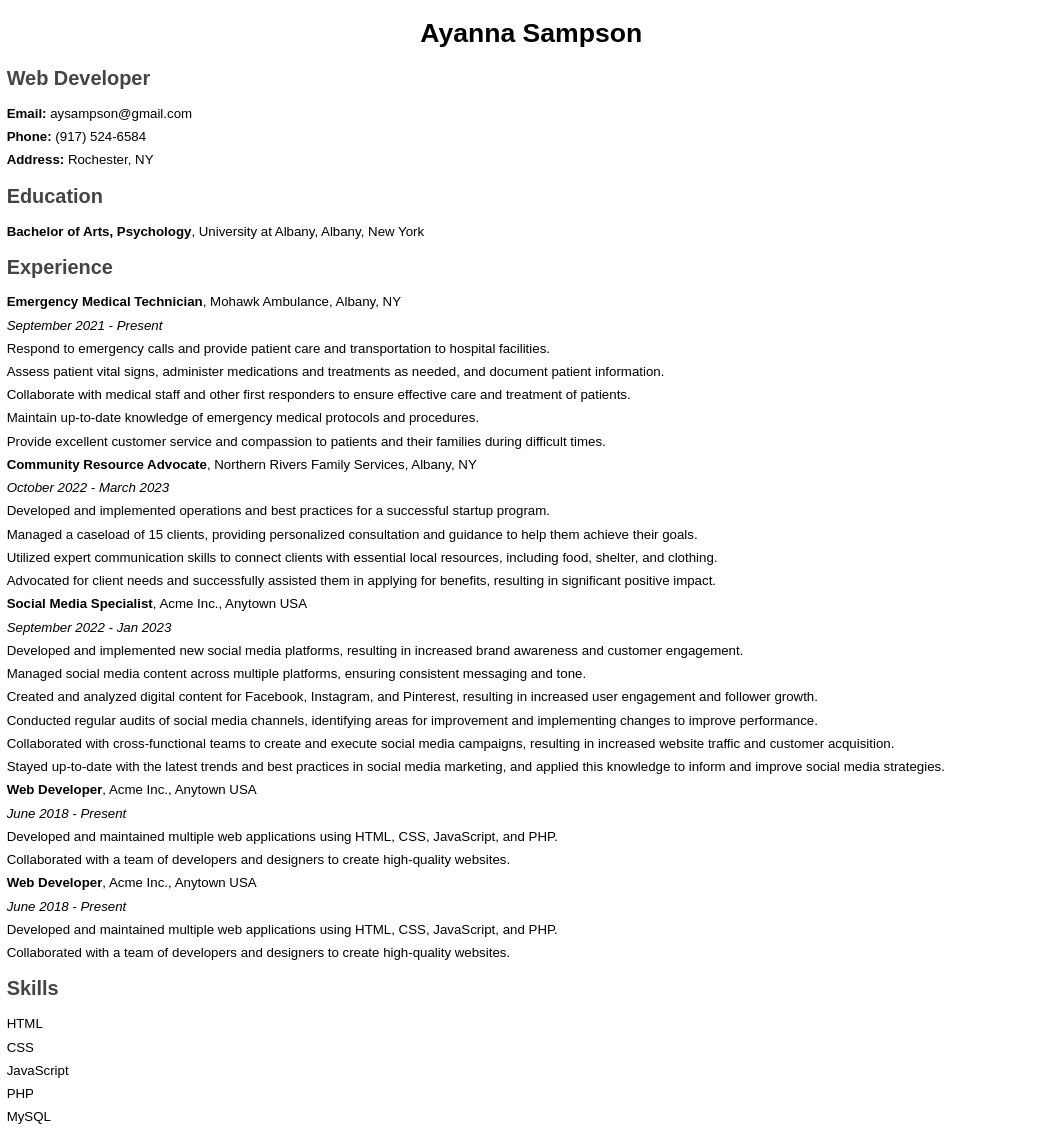
Repository: ayannasampson/htmlresume
Page: resume.html
The author's editor kept a copy of each file at every save. The page is drawn from the files as they stood at one save, then again after the next save.
The browser window is 1280 px wide. The pictures show the whole page, at 83% of full size.

Above is the page before, as saved 2023-03-15 14:42:03.

### resume.html
<!DOCTYPE html>
<html>
<head>
	<title> Ayanna Sampson's Resume</title>
	<style>
		body {
			font-family: Arial, sans-serif;
		}

		h1 {
			text-align: center;
		}

		h2 {
			color: #444;
		}

		ul {
			list-style-type: none;
			margin: 0;
			padding: 0;
		}

		li {
			margin-bottom: 10px;
		}

		.bold {
			font-weight: bold;
		}

		.italic {
			font-style: italic;
		}
	</style>
</head>
<body>
	<h1>Ayanna Sampson</h1>
	<h2>Web Developer</h2>

	<ul>
		<li><span class="bold">Email:</span> aysampson@gmail.com</li>
		<li><span class="bold">Phone:</span> (917) 524-6584</li>
		<li><span class="bold">Address:</span> Rochester, NY</li>
	</ul>

	<h2>Education</h2>
	<ul>
		<li><span class="bold">Bachelor of Arts, Psychology</span>, University at Albany, Albany, New York</li>
	</ul>

	<h2>Experience</h2>
	<ul>
        <li><span class="bold">Emergency Medical Technician</span>, Mohawk Ambulance, Albany, NY</li>
		<li><span class="italic">September 2021 - Present</span></li>
		<li>Respond to emergency calls and provide patient care and transportation to hospital facilities.</li>
		<li>Assess patient vital signs, administer medications and treatments as needed, and document patient information.</li>
        <li>Collaborate with medical staff and other first responders to ensure effective care and treatment of patients.</li>
        <li>Maintain up-to-date knowledge of emergency medical protocols and procedures.</li>
        <li>Provide excellent customer service and compassion to patients and their families during difficult times.</li>


		<li><span class="bold">Community Resource Advocate</span>, Northern Rivers Family Services, Albany, NY</li>
		<li><span class="italic">October 2022 - March 2023</span></li>
		<li>Developed and implemented operations and best practices for a successful startup program.</li>
		<li>Managed a caseload of 15 clients, providing personalized consultation and guidance to help them achieve their goals.</li>
        <li>Utilized expert communication skills to connect clients with essential local resources, including food, shelter, and clothing.</li>
        <li>Advocated for client needs and successfully assisted them in applying for benefits, resulting in significant positive impact.</li>

        <li><span class="bold">Social Media Specialist</span>, Acme Inc., Anytown USA</li>
		<li><span class="italic">September 2022 - Jan 2023</span></li>
		<li> Developed and implemented new social media platforms, resulting in increased brand awareness and customer engagement.
        <li> Managed social media content across multiple platforms, ensuring consistent messaging and tone.</li>
        <li>Created and analyzed digital content for Facebook, Instagram, and Pinterest, resulting in increased user engagement and follower growth.</li>
        <li>Conducted regular audits of social media channels, identifying areas for improvement and implementing changes to improve performance.</li>
        <li>Collaborated with cross-functional teams to create and execute social media campaigns, resulting in increased website traffic and customer acquisition.</li>
        <li>Stayed up-to-date with the latest trends and best practices in social media marketing, and applied this knowledge to inform and improve social media strategies.</li>


        <li><span class="bold">Web Developer</span>, Acme Inc., Anytown USA</li>
		<li><span class="italic">June 2018 - Present</span></li>
		<li>Developed and maintained multiple web applications using HTML, CSS, JavaScript, and PHP.</li>
		<li>Collaborated with a team of developers and designers to create high-quality websites.</li>

        <li><span class="bold">Web Developer</span>, Acme Inc., Anytown USA</li>
		<li><span class="italic">June 2018 - Present</span></li>
		<li>Developed and maintained multiple web applications using HTML, CSS, JavaScript, and PHP.</li>
		<li>Collaborated with a team of developers and designers to create high-quality websites.</li>

	</ul>


	<h2>Skills</h2>
	<ul>
		<li>HTML</li>
		<li>CSS</li>
		<li>JavaScript</li>
		<li>PHP</li>
		<li>MySQL</li>
	</ul>
</body>
</html>

After the next save:
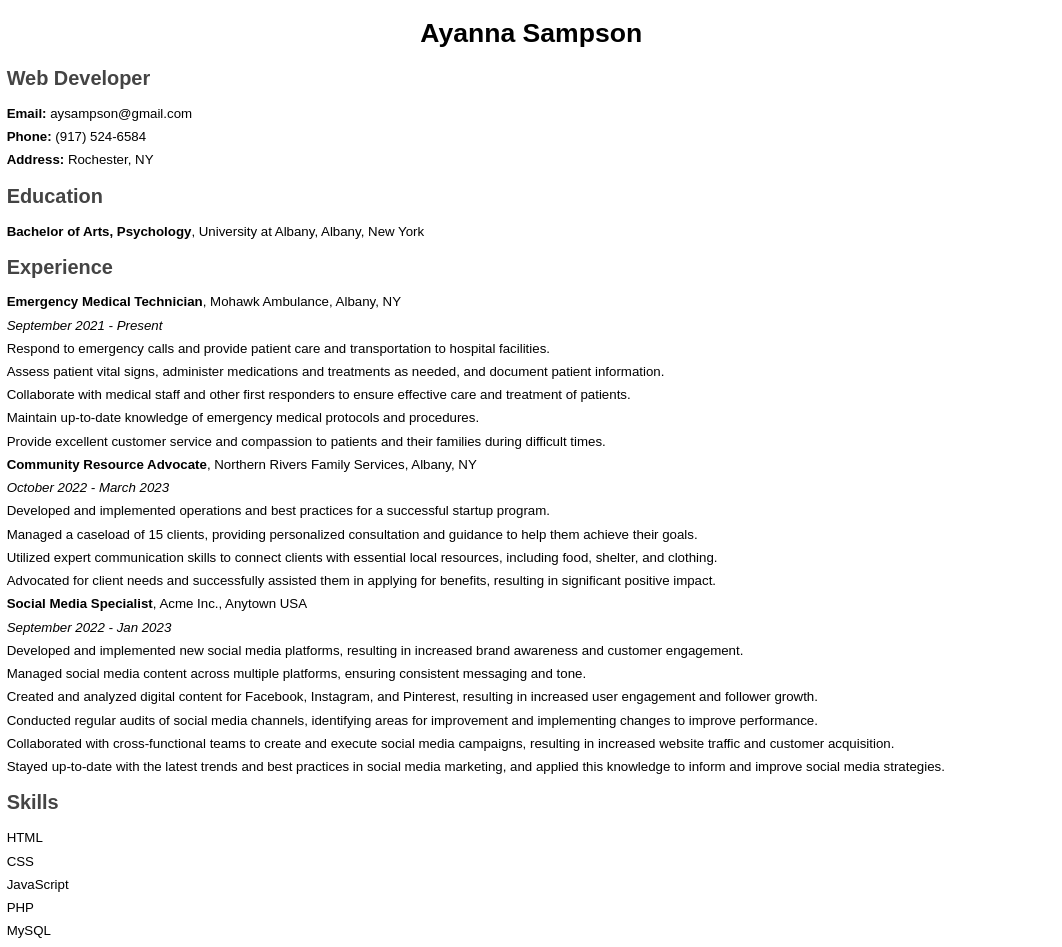
Saved 95 min 54 s later.
--- a/resume.html
+++ b/resume.html
@@ -77,17 +77,6 @@
         <li>Stayed up-to-date with the latest trends and best practices in social media marketing, and applied this knowledge to inform and improve social media strategies.</li>
 
 
-        <li><span class="bold">Web Developer</span>, Acme Inc., Anytown USA</li>
-		<li><span class="italic">June 2018 - Present</span></li>
-		<li>Developed and maintained multiple web applications using HTML, CSS, JavaScript, and PHP.</li>
-		<li>Collaborated with a team of developers and designers to create high-quality websites.</li>
-
-        <li><span class="bold">Web Developer</span>, Acme Inc., Anytown USA</li>
-		<li><span class="italic">June 2018 - Present</span></li>
-		<li>Developed and maintained multiple web applications using HTML, CSS, JavaScript, and PHP.</li>
-		<li>Collaborated with a team of developers and designers to create high-quality websites.</li>
-
-	</ul>
 
 
 	<h2>Skills</h2>
